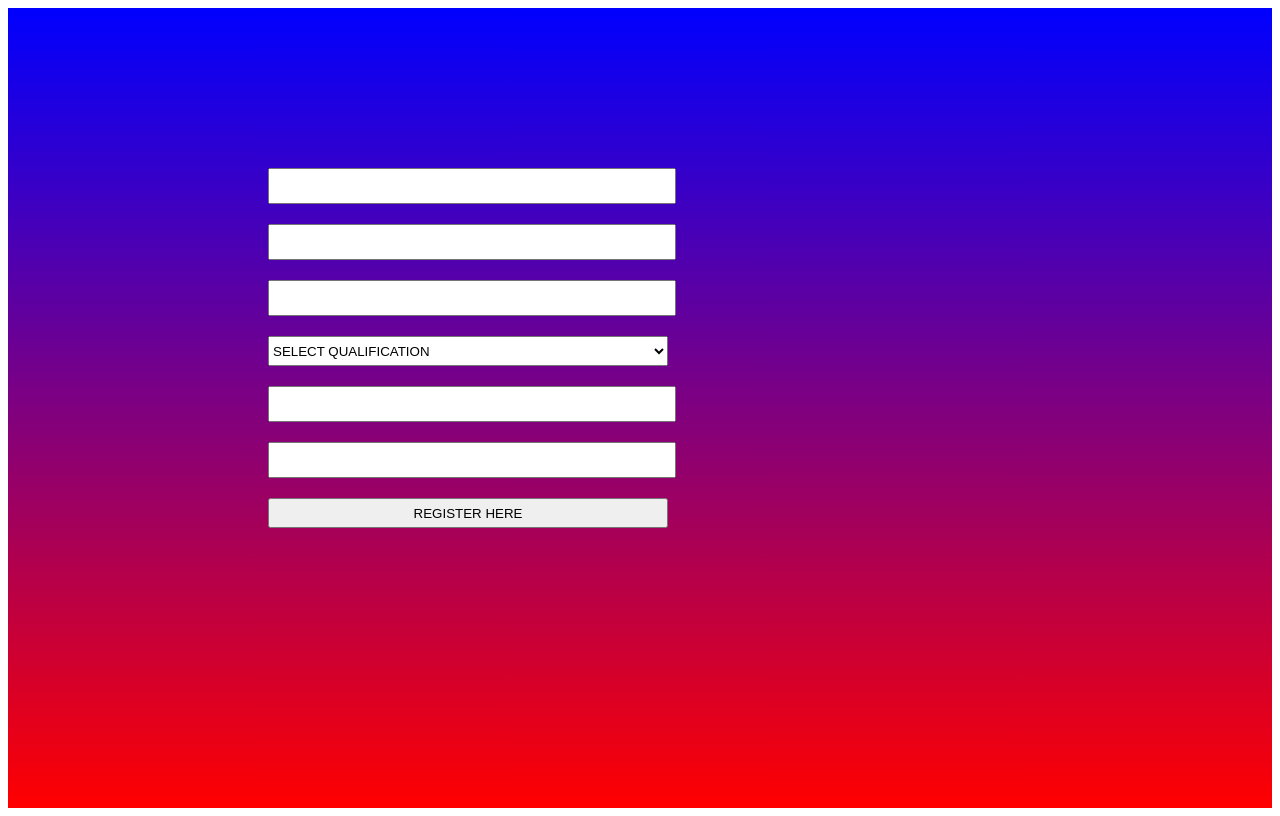
Repository: vaibhaokamble/MY_INSTITUTE_PUNE
Page: SERVLET/RegistrationApplication/src/main/webapp/register.html
An editor plug-in stored every save of this project. The page is shown before and after the next save, followed by the edit.
The browser window is 1280 px wide. The pictures show the whole page.

Above is the page before, as saved 2022-10-18 04:33:37.

After the next save:
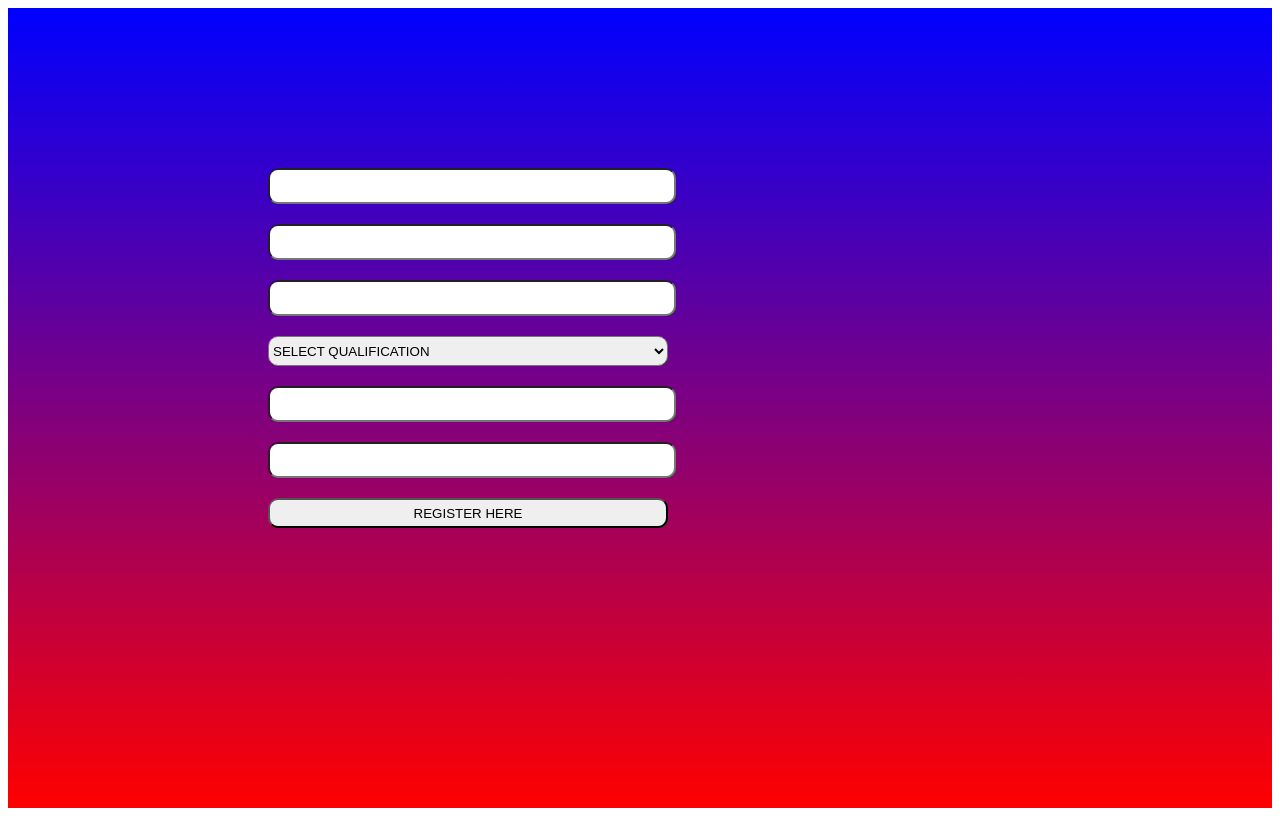
Saved 74 s later.
--- a/SERVLET/RegistrationApplication/src/main/webapp/css/style.css
+++ b/SERVLET/RegistrationApplication/src/main/webapp/css/style.css
@@ -21,5 +21,5 @@ ul li {
 .control {
 	width: 400px;
 	height: 30px;
-	margin-radius:10px;
+	border-radius:10px;
 }
